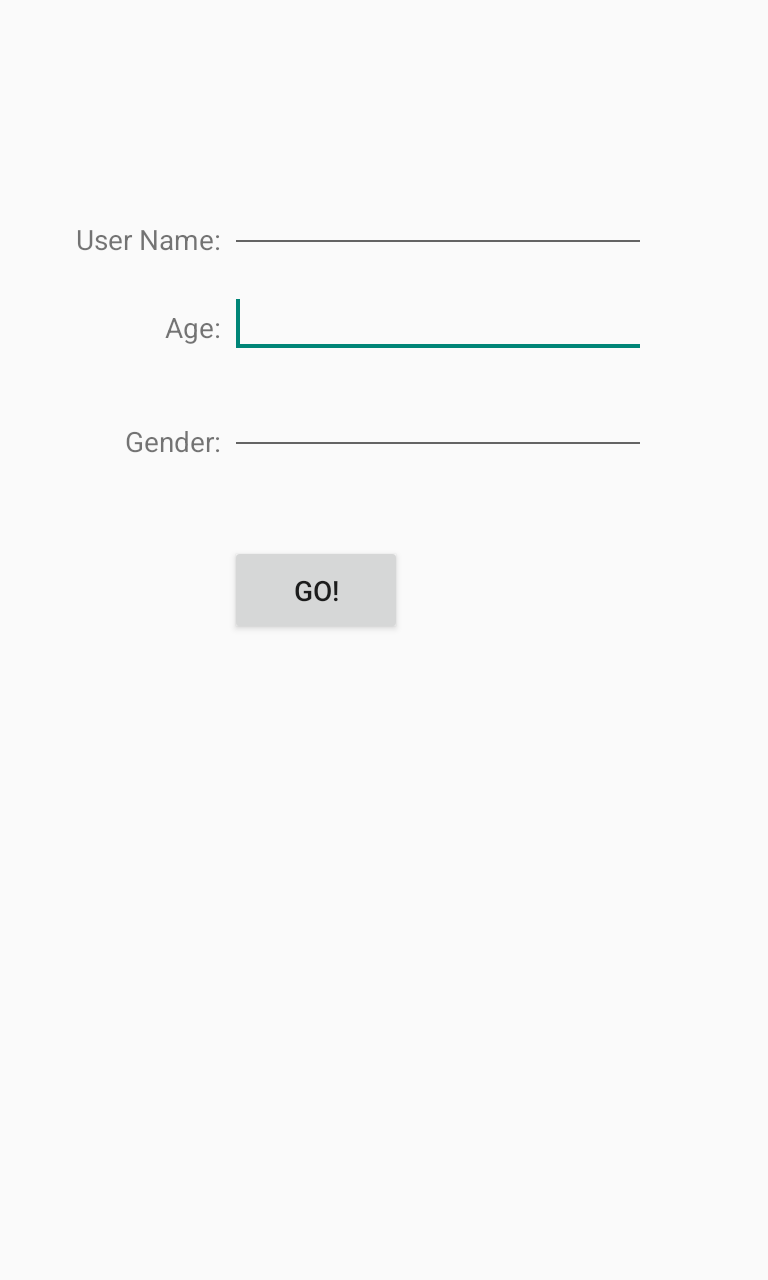
Repository: HaleyElliott/Mobile-Computing-Assignments
Layout: Rock_Paper_Scissors/res/layout/activity_main.xml
An editor plug-in stored every save of this project. The layout is shown before and after the next save, followed by the edit.
It is drawn on a 768 x 1280 px phone screen (xhdpi) without system bars, with theme AppTheme; the app's code is not run.

Above is the layout before, as saved 2014-09-23 22:29:53.

### Rock_Paper_Scissors/res/layout/activity_main.xml
<RelativeLayout xmlns:android="http://schemas.android.com/apk/res/android"
    xmlns:tools="http://schemas.android.com/tools"
    android:layout_width="match_parent"
    android:layout_height="match_parent"
    android:paddingBottom="@dimen/activity_vertical_margin"
    android:paddingLeft="@dimen/activity_horizontal_margin"
    android:paddingRight="@dimen/activity_horizontal_margin"
    android:paddingTop="@dimen/activity_vertical_margin"
    tools:context="com.example.rock_paper_scissors.MainActivity" >

    <TextView
        android:id="@+id/textView1"
        android:layout_width="wrap_content"
        android:layout_height="wrap_content"
        android:layout_alignParentLeft="true"
        android:layout_alignParentTop="true"
        android:layout_marginLeft="22dp"
        android:layout_marginTop="94dp"
        android:text="User Name: " />

    <EditText
        android:id="@+id/userText"
        android:layout_width="wrap_content"
        android:layout_height="wrap_content"
        android:layout_alignBottom="@+id/textView1"
        android:layout_alignLeft="@+id/goButton"
        android:ems="10"
        android:inputType="text"
        android:imeOptions="actionDone"/>

    <TextView
        android:id="@+id/textView2"
        android:layout_width="wrap_content"
        android:layout_height="wrap_content"
        android:layout_alignRight="@+id/textView1"
        android:layout_below="@+id/textView1"
        android:layout_marginTop="25dp"
        android:text="Age: " />

    <EditText
        android:id="@+id/ageText"
        android:layout_width="wrap_content"
        android:layout_height="wrap_content"
        android:layout_alignBaseline="@+id/textView2"
        android:layout_alignBottom="@+id/textView2"
        android:layout_alignLeft="@+id/userText"
        android:ems="10"
        android:inputType="number" >

        <requestFocus />
    </EditText>

    <EditText
        android:id="@+id/genderText"
        android:layout_width="wrap_content"
        android:layout_height="wrap_content"
        android:layout_alignBottom="@+id/textView3"
        android:layout_alignLeft="@+id/ageText"
        android:ems="10" />

    <Button
        android:id="@+id/goButton"
        android:layout_width="wrap_content"
        android:layout_height="wrap_content"
        android:layout_below="@+id/textView3"
        android:layout_marginTop="41dp"
        android:layout_toRightOf="@+id/textView3"
        android:text="Go!"
    	android:onClick="addPlayer2" />

    <TextView
        android:id="@+id/textView3"
        android:layout_width="wrap_content"
        android:layout_height="wrap_content"
        android:layout_alignRight="@+id/textView2"
        android:layout_below="@+id/ageText"
        android:layout_marginTop="30dp"
        android:text="Gender: " />

</RelativeLayout>

Loaded but not shown: Rock_Paper_Scissors/res/values/styles.xml (common file); Rock_Paper_Scissors/res/values-v11/styles.xml (common file); Rock_Paper_Scissors/res/values-v14/styles.xml (common file); Rock_Paper_Scissors/res/values/dimens.xml (common file); Rock_Paper_Scissors/res/values-w820dp/dimens.xml (common file)

After the next save:
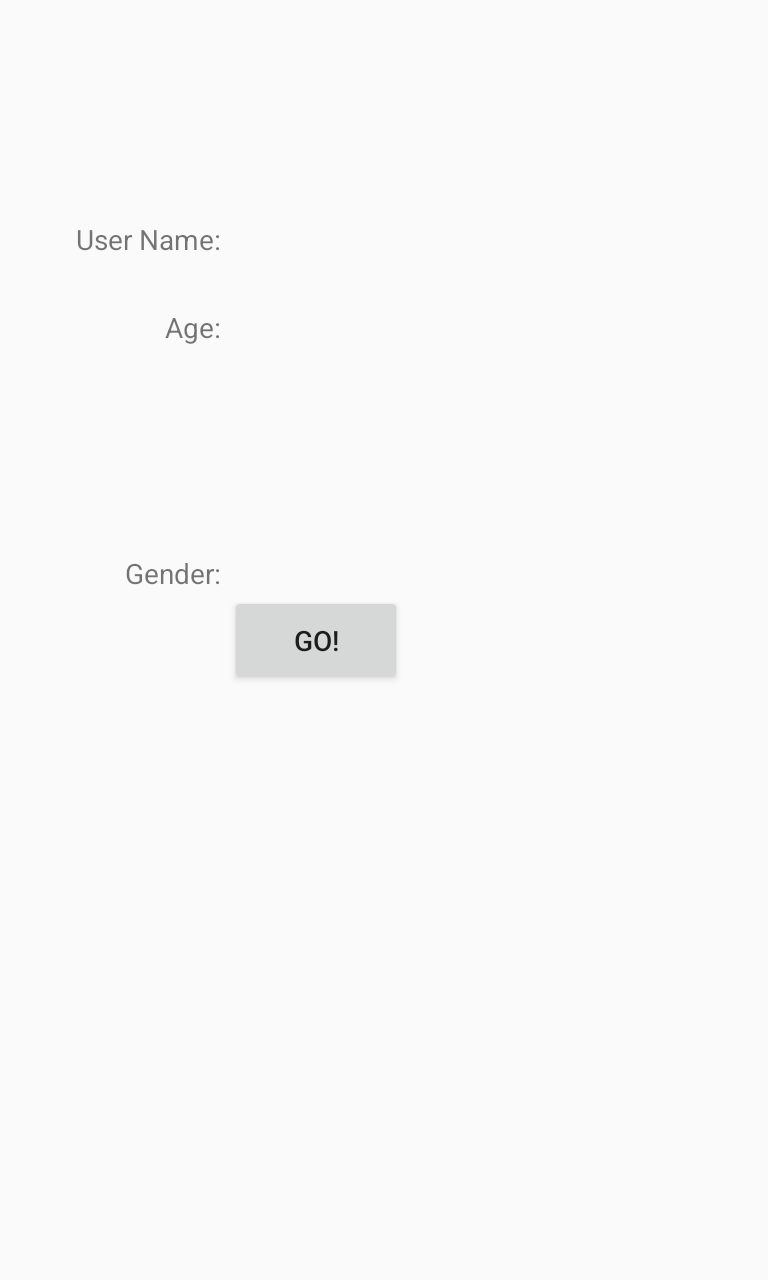
Saved 2 min 23 s later.
--- a/Rock_Paper_Scissors/res/layout/activity_main.xml
+++ b/Rock_Paper_Scissors/res/layout/activity_main.xml
@@ -18,16 +18,6 @@
         android:layout_marginTop="94dp"
         android:text="User Name: " />
 
-    <EditText
-        android:id="@+id/userText"
-        android:layout_width="wrap_content"
-        android:layout_height="wrap_content"
-        android:layout_alignBottom="@+id/textView1"
-        android:layout_alignLeft="@+id/goButton"
-        android:ems="10"
-        android:inputType="text"
-        android:imeOptions="actionDone"/>
-
     <TextView
         android:id="@+id/textView2"
         android:layout_width="wrap_content"
@@ -37,44 +27,21 @@
         android:layout_marginTop="25dp"
         android:text="Age: " />
 
-    <EditText
-        android:id="@+id/ageText"
-        android:layout_width="wrap_content"
-        android:layout_height="wrap_content"
-        android:layout_alignBaseline="@+id/textView2"
-        android:layout_alignBottom="@+id/textView2"
-        android:layout_alignLeft="@+id/userText"
-        android:ems="10"
-        android:inputType="number" >
-
-        <requestFocus />
-    </EditText>
-
-    <EditText
-        android:id="@+id/genderText"
-        android:layout_width="wrap_content"
-        android:layout_height="wrap_content"
-        android:layout_alignBottom="@+id/textView3"
-        android:layout_alignLeft="@+id/ageText"
-        android:ems="10" />
-
     <Button
         android:id="@+id/goButton"
         android:layout_width="wrap_content"
         android:layout_height="wrap_content"
-        android:layout_below="@+id/textView3"
-        android:layout_marginTop="41dp"
-        android:layout_toRightOf="@+id/textView3"
-        android:text="Go!"
-    	android:onClick="addPlayer2" />
+        android:layout_centerVertical="true"
+        android:layout_toRightOf="@+id/textView2"
+        android:onClick="addPlayer2"
+        android:text="Go!" />
 
     <TextView
         android:id="@+id/textView3"
         android:layout_width="wrap_content"
         android:layout_height="wrap_content"
+        android:layout_above="@+id/goButton"
         android:layout_alignRight="@+id/textView2"
-        android:layout_below="@+id/ageText"
-        android:layout_marginTop="30dp"
         android:text="Gender: " />
 
 </RelativeLayout>
